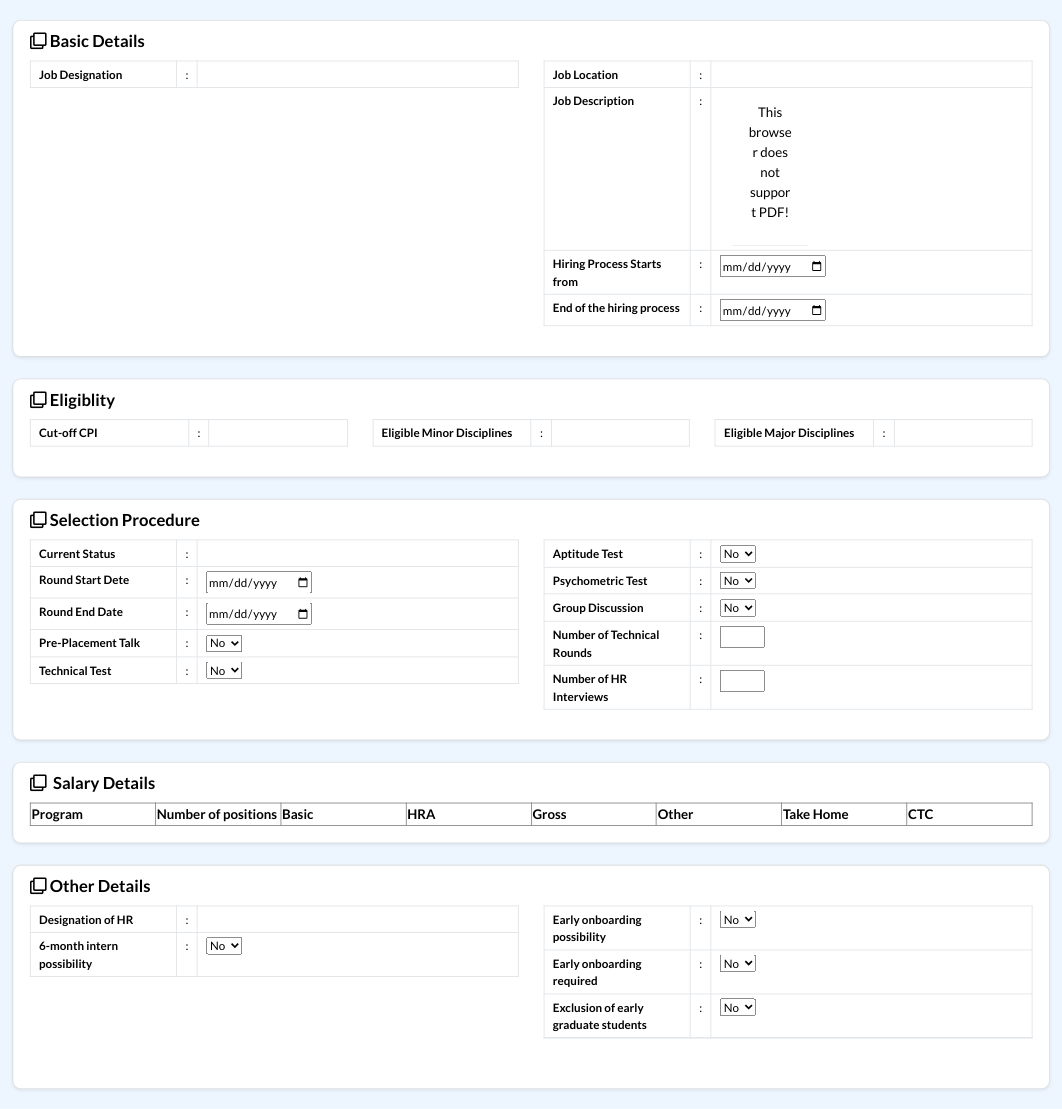
Repository: AditiDey29/Placement_Management_System
Page: templates/dashboard/one_job_detail_1.html
The author's editor kept a copy of each file at every save. The page is drawn from the files as they stood at one save, then again after the next save.
The browser window is 1280 px wide. The pictures show the whole page, at 83% of full size.
Some web libraries are served in a nearby version. The template is drawn by Flask 3. The application's start-up code is not run. Other server files are loaded and not shown. The template is opened directly, without the code that normally fills it, so the values that code supplies are empty.

Above is the page before, as saved 2023-04-15 17:44:45.

### templates/dashboard/one_job_detail_1.html
<!DOCTYPE html>
<html lang="en">

<head>
  <meta charset="UTF-8">
  <meta name="viewport" content="width=device-width, initial-scale=1.0">
  <meta http-equiv="X-UA-Compatible" content="ie=edge">
  <!-- Google Fonts -->
  <link href="https://fonts.googleapis.com/css?family=Lato:300,400,700,900&display=swap" rel="stylesheet">
  <!-- Bootstrap CSS -->
  <link rel='stylesheet' href='https://cdnjs.cloudflare.com/ajax/libs/twitter-bootstrap/4.1.3/css/bootstrap.min.css'>
  <!-- Font Awesome CSS -->
  <link rel='stylesheet' href='https://cdnjs.cloudflare.com/ajax/libs/font-awesome/5.12.1/css/all.min.css'>
  <title>Job Details</title>

  <style>
    body {
      background: #EDF6FF;
      /* fallback for old browsers */
      background: -webkit-linear-gradient(to right, #EDF6FF, #EDF6FF);
      /* Chrome 10-25, Safari 5.1-6 */
      background: linear-gradient(to right, #EDF6FF, #EDF6FF);
      /* W3C, IE 10+/ Edge, Firefox 16+, Chrome 26+, Opera 12+, Safari 7+ */
      padding: 0;
      margin: 0;
      font-family: 'Lato', sans-serif;
      color: #000;

    }

    .student-profile .card {
      border-radius: 10px;
    }

    .student-profile .card .card-header .profile_img {
      width: 150px;
      height: 150px;
      object-fit: cover;
      margin: 10px auto;
      border: 10px solid #ccc;
      border-radius: 50%;
    }

    .student-profile .card h3 {
      font-size: 20px;
      font-weight: 700;
    }

    .student-profile .card p {
      font-size: 16px;
      color: #000;
    }

    .student-profile .table th,
    .student-profile .table td {
      font-size: 14px;
      padding: 5px 10px;
      color: #000;
    }
  </style>
</head>

<body>
  <!-- START HERE -->

  <div class="student-profile py-4">
    <div class="container-fluid">
      <div class="row">

        <div class="col-lg-12">
          <div class="card shadow-sm">
            <div class="card-header bg-transparent border-0">
              <h3 class="mb-0"><i class="far fa-clone pr-1"></i>Basic Details</h3>
            </div>
            <div class="card-body person_details pt-0">
              <div class="row">
                <div class="col-lg-6">
                  <table class="table table-bordered">
                    <tr>
                      <th width="30%">Job Designation</th>
                      <td width="2%">:</td>
                      <td class="text-muted mb-0">{{job[1]}}</td>
                    </tr>


                  </table>
                </div>
                <div class="col-lg-6">
                  <table class="table table-bordered">
                    <tr>
                      <th width="30%">Job Location</th>
                      <td width="2%">:</td>
                      <td class="text-muted mb-0">{{job[3]}}</td>
                    </tr>
                    <tr>
                      <th width="30%">Job Description</th>
                      <td width="2%">:</td>
                      <td class="text-muted mb-0">
                        <div class="col-lg-4">
                          <!-- <div class="card shadow-sm"> -->
                              <div class="card-header bg-transparent text-center">
                                  <object
                                  data='data:application/pdf;base64, {{jd}}'
                                  type="application/pdf"
                                  width="400"
                                  height="400"
                                >


                                  <p>This browser does not support PDF!</p>
                                  </iframe>
                                </object>
                              </div>
                          <!-- </div> -->
                        </div>
                      </td>
                    </tr>
                    <tr>
                      <th width="30%">Hiring Process Starts from</th>
                      <td width="2%">:</td>
                      <td class="text-muted mb-0"><input type="date" id="intern-date" name="intern-date">
                      </td>
                    </tr>
                    <tr>
                      <th width="30%">End of the hiring process</th>
                      <td width="2%">:</td>
                      <td class="text-muted mb-0"><input type="date" id="intern-date" name="intern-date">
                      </td>
                    </tr>
                  </table>
                </div>
              </div>
            </div>
          </div>

          <div style="height: 26px"></div>
          <div class="card shadow-sm">
            <div class="card-header bg-transparent border-0">
              <h3 class="mb-0"><i class="far fa-clone pr-1"></i>Eligiblity</h3>
            </div>
            <div class="card-body ed_details pt-0">
              <div class="row">
                <div class="col-lg-4">
                  <table class="table table-bordered">
                    <tr>
                      <th width="50%">Cut-off CPI</th>
                      <td width="2%">:</td>
                      <td class="text-muted mb-0">{{job[4]}}</td>
                    </tr>
                  </table>
                </div>
                <div class="col-lg-4">
                  <table class="table table-bordered">
                    <tr>
                      <th width="50%">Eligible Minor Disciplines</th>
                      <td width="2%">:</td>
                      <td class="text-muted mb-0">{{job[15]}}</td>
                    </tr>
                  </table>
                </div>
                <div class="col-lg-4">
                  <table class="table table-bordered">
                    <tr>
                      <th width="50%">Eligible Major Disciplines</th>
                      <td width="2%">:</td>
                      <td class="text-muted mb-0">{{job[17]}}</td>
                    </tr>
                  </table>
                </div>
              </div>
            </div>
          </div>

          <div style="height: 26px"></div>
          <div class="card shadow-sm">
            <div class="card-header bg-transparent border-0">
              <h3 class="mb-0"><i class="far fa-clone pr-1"></i>Selection Procedure</h3>
            </div>
            <div class="card-body person_details pt-0">
              <div class="row">
                <div class="col-lg-6">
                  <table class="table table-bordered">
                    <tr>
                      <th width="30%">Current Status</th>
                      <td width="2%">:</td>
                      <td class="text-muted mb-0">{{job[1]}}</td>
                    </tr>
                    <tr>
                      <th width="30%">Round Start Dete</th>
                      <td width="2%">:</td>
                      <td class="text-muted mb-0"><input type="date" id="intern-date" name="intern-date">
                      </td>
                    </tr>
                    <tr>
                      <th width="30%">Round End Date</th>
                      <td width="2%">:</td>
                      <td class="text-muted mb-0"><input type="date" id="intern-date" name="intern-date">
                      </td>
                    </tr>
                    <tr>
                      <th width="30%">Pre-Placement Talk</th>
                      <td width="2%">:</td>
                      <td class="text-muted mb-0"><select name="internship_possibility">
                        <option value="yes">Yes</option>
                        <option value="no" selected>No</option>
                      </select>
                    </td>
                    </tr>
                    <tr>
                      <th width="30%">Technical Test</th>
                      <td width="2%">:</td>
                      <td class="text-muted mb-0"><select name="internship_possibility">
                        <option value="yes">Yes</option>
                        <option value="no" selected>No</option>
                      </select>
                    </td>
                    </tr>
                  </table>

                </div>
                <div class="col-lg-6">
                  <table class="table table-bordered">
                    <tr>
                      <th width="30%">Aptitude Test</th>
                      <td width="2%">:</td>
                      <td class="text-muted mb-0"><select name="internship_possibility">
                        <option value="yes">Yes</option>
                        <option value="no" selected>No</option>
                      </select>
                    </td>
                    </tr>
                    <tr>
                      <th width="30%">Psychometric Test</th>
                      <td width="2%">:</td>
                      <td class="text-muted mb-0"><select name="internship_possibility">
                        <option value="yes">Yes</option>
                        <option value="no" selected>No</option>
                      </select>
                    </td>
                    </tr>
                    <tr>
                      <th width="30%">Group Discussion</th>
                      <td width="2%">:</td>
                      <td class="text-muted mb-0"><select name="internship_possibility">
                        <option value="yes">Yes</option>
                        <option value="no" selected>No</option>
                      </select>
                    </td>
                    </tr>
                    <tr>
                      <th width="30%">Number of Technical Rounds</th>
                      <td width="2%">:</td>
                      <td class="text-muted mb-0"><input type="number" name="Number" min="0" max="100" step="1" value="Number"></td>
                    </tr>
                    <tr>
                      <th width="30%">Number of HR Interviews</th>
                      <td width="2%">:</td>
                      <td class="text-muted mb-0"><input type="number" name="Number" min="0" max="100" step="1" value="Number"></td>
                    </tr>
                  </table>
                </div>
              </div>
            </div>
          </div>


          <div style="height: 26px"></div>
          <div class="card shadow-sm">
            <div class="card-header bg-transparent border-0">
              <h3 class="mb-0"><i class="far fa-clone pr-1"></i> Salary Details</h3>
            </div>
            <div class="card-body ed_details pt-0">
              <div class="row">
                <div class="col-lg-12">
                  <table border="1" width="100%" style="table-layout: fixed;">
                    <tr>
                      <th>Program</th>
                      <th>Number of positions</th>
                      <th>Basic</th>
                      <th>HRA</th>
                      <th>Gross</th>
                      <th>Other</th>
                      <th>Take Home</th>
                      <th>CTC</th>

                    </tr>
                    {% for detail in details %}
                    <tr>
                      <td>{{detail[8]}}</td>
                      <td>{{detail[1]}}</td>
                      <td>{{detail[2]}}</td>
                      <td>{{detail[3]}}</td>
                      <td>{{detail[4]}}</td>
                      <td>{{detail[5]}}</td>
                      <td>{{detail[6]}}</td>
                      <td>{{detail[7]}}</td>
                    </tr>
                    {% endfor %}
                  </table>
                </div>
              </div>
            </div>
          </div>
        </div>
      </div>

      <div style="height: 26px"></div>
      <div class="card shadow-sm">
        <div class="card-header bg-transparent border-0">
          <h3 class="mb-0"><i class="far fa-clone pr-1"></i>Other Details</h3>
        </div>
        <div class="card-body person_details pt-0">
          <div class="row">
            <div class="col-lg-6">
              <table class="table table-bordered">
                <tr>
                  <th width="30%">Designation of HR</HR>
                  </th>
                  <td width="2%">:</td>
                  <td class="text-muted mb-0">{{job[1]}}</td>
                </tr>

                <tr>
                  <th width="30%">6-month intern possibility</th>
                  <td width="2%">:</td>
                  <td class="text-muted mb-0"><select name="internship_possibility">
                    <option value="yes">Yes</option>
                    <option value="no" selected>No</option>
                  </select>
                </td>
                </tr>

              </table>
            </div>
            <div class="col-lg-6">
              <table class="table table-bordered">
                <tr>
                  <th width="30%">Early onboarding possibility</th>
                  <td width="2%">:</td>
                  <td class="text-muted mb-0"><select name="internship_possibility">
                    <option value="yes">Yes</option>
                    <option value="no" selected>No</option>
                  </select>
                </td>
                </tr>
                <tr>
                  <th width="30%">Early onboarding required</th>
                  <td width="2%">:</td>
                  <td class="text-muted mb-0"><select name="internship_possibility">
                    <option value="yes">Yes</option>
                    <option value="no" selected>No</option>
                  </select>
                </td>
                </tr>
                <tr>
                  <th width="30%">Exclusion of early graduate students</th>
                  <td width="2%">:</td>
                  <td class="text-muted mb-0"><select name="internship_possibility">
                    <option value="yes">Yes</option>
                    <option value="no" selected>No</option>
                  </select>
                </td>
                </tr>
                <tr>
              </table>

              <br>
              {%if (apply)%}
              <form method="POST">
                  <button class="btn btn-lg" type="submit">Apply</button>
              </form>
              {% endif %}
            </div>
          </div>
        </div>
      </div>


    </div>
  </div>





  <script src="http://code.jquery.com/jquery-3.3.1.min.js"
    integrity="sha256-FgpCb/KJQlLNfOu91ta32o/NMZxltwRo8QtmkMRdAu8=" crossorigin="anonymous"></script>
  <script src="https://cdnjs.cloudflare.com/ajax/libs/popper.js/1.14.3/umd/popper.min.js"
    integrity="sha384-ZMP7rVo3mIykV+2+9J3UJ46jBk0WLaUAdn689aCwoqbBJiSnjAK/l8WvCWPIPm49"
    crossorigin="anonymous"></script>
  <script src="https://stackpath.bootstrapcdn.com/bootstrap/4.1.1/js/bootstrap.min.js"
    integrity="sha384-smHYKdLADwkXOn1EmN1qk/HfnUcbVRZyYmZ4qpPea6sjB/pTJ0euyQp0Mk8ck+5T"
    crossorigin="anonymous"></script>
</body>

</html>

After the next save:
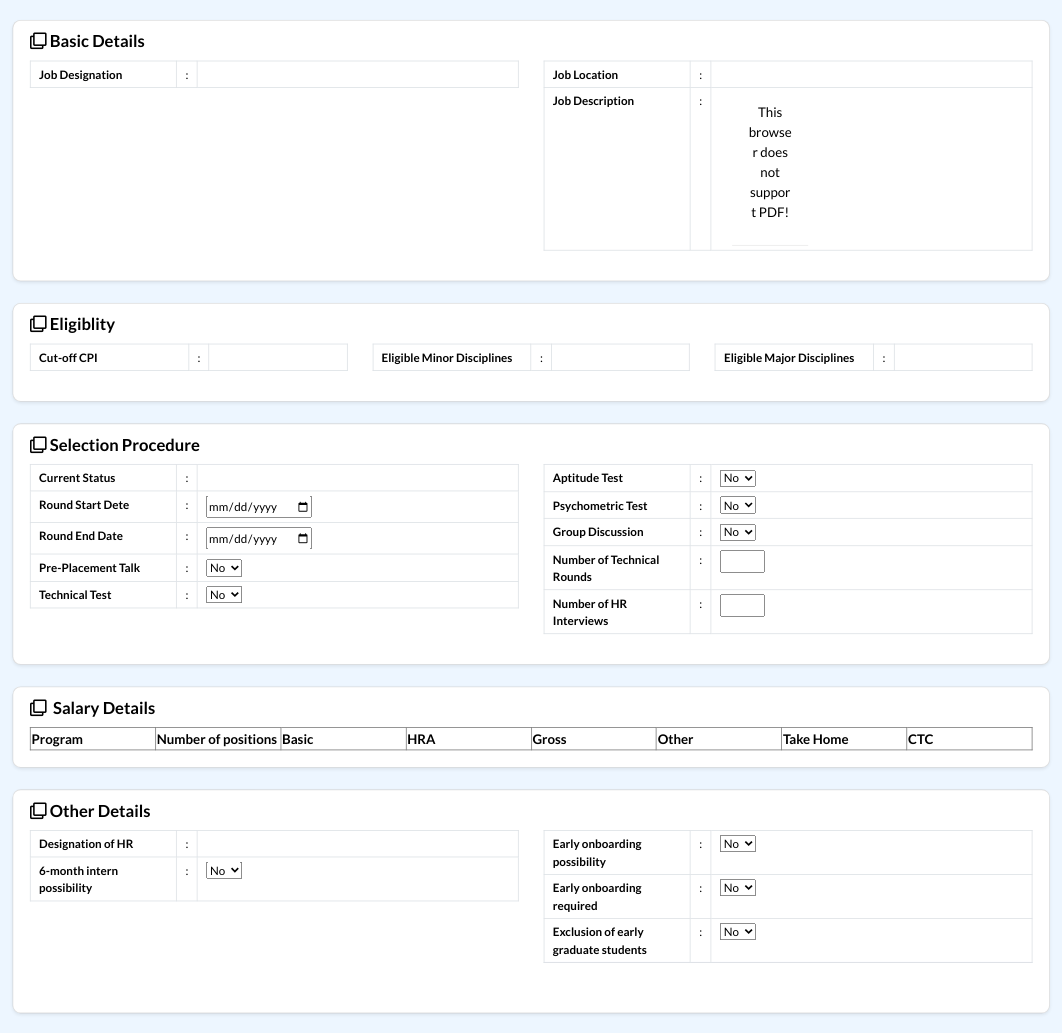
Saved 2 min 26 s later.
--- a/templates/dashboard/one_job_detail_1.html
+++ b/templates/dashboard/one_job_detail_1.html
@@ -115,18 +115,7 @@
                         </div>
                       </td>
                     </tr>
-                    <tr>
-                      <th width="30%">Hiring Process Starts from</th>
-                      <td width="2%">:</td>
-                      <td class="text-muted mb-0"><input type="date" id="intern-date" name="intern-date">
-                      </td>
-                    </tr>
-                    <tr>
-                      <th width="30%">End of the hiring process</th>
-                      <td width="2%">:</td>
-                      <td class="text-muted mb-0"><input type="date" id="intern-date" name="intern-date">
-                      </td>
-                    </tr>
+
                   </table>
                 </div>
               </div>
